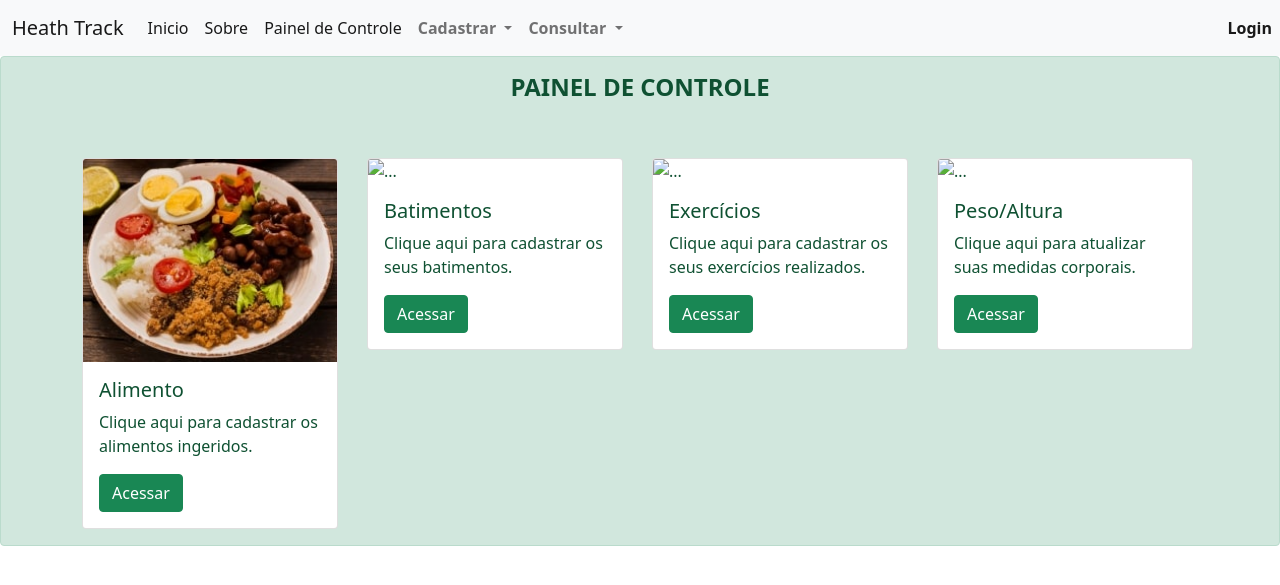
Repository: FellipySantos/HealthTrack_Finalizado
Page: http://localhost/JSPs/painel.jsp
The author's editor kept a copy of each file at every save. The page is drawn from the files as they stood at one save, then again after the next save.
The browser window is 1280 px wide. The pictures show the whole page.
The page is served by Tomcat 9.

Above is the page before, as saved 2021-11-16 02:47:25.
Not found: JSP/JSPs/JSPs/img/card_imagem_2.jpg
Not found: JSP/JSPs/JSPs/img/card_imagem_3.jpg
Not found: JSP/JSPs/JSPs/img/card_imagem_4.jpg

After the next save:
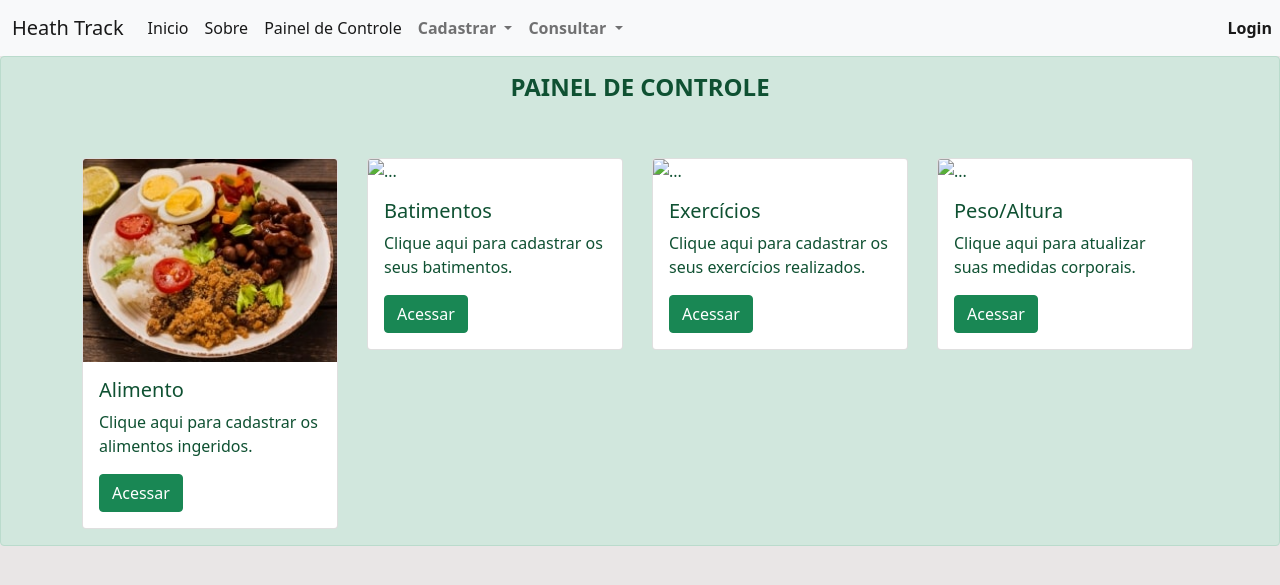
Saved 41 s later.
--- a/JSP/JSPs/WebContent/painel.jsp
+++ b/JSP/JSPs/WebContent/painel.jsp
@@ -7,7 +7,7 @@
 <title>Health Track</title>
 <%@ include file="header.jsp" %>
 </head>
-<body>
+  <body style="background-color: rgb(233, 230, 230);">
 <%@ include file="menu.jsp" %>
 		      <div class="alert alert-success" role="alert">
 

After the save that followed:
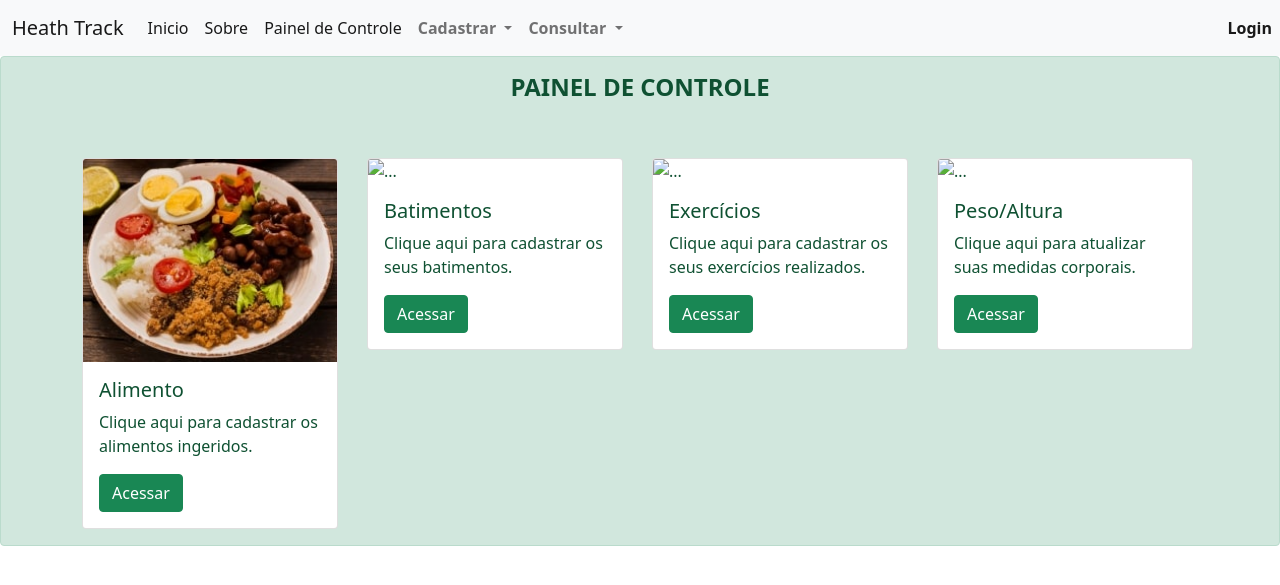
Saved 12 s later.
--- a/JSP/JSPs/WebContent/painel.jsp
+++ b/JSP/JSPs/WebContent/painel.jsp
@@ -7,7 +7,7 @@
 <title>Health Track</title>
 <%@ include file="header.jsp" %>
 </head>
-  <body style="background-color: rgb(233, 230, 230);">
+<body>
 <%@ include file="menu.jsp" %>
 		      <div class="alert alert-success" role="alert">
 
